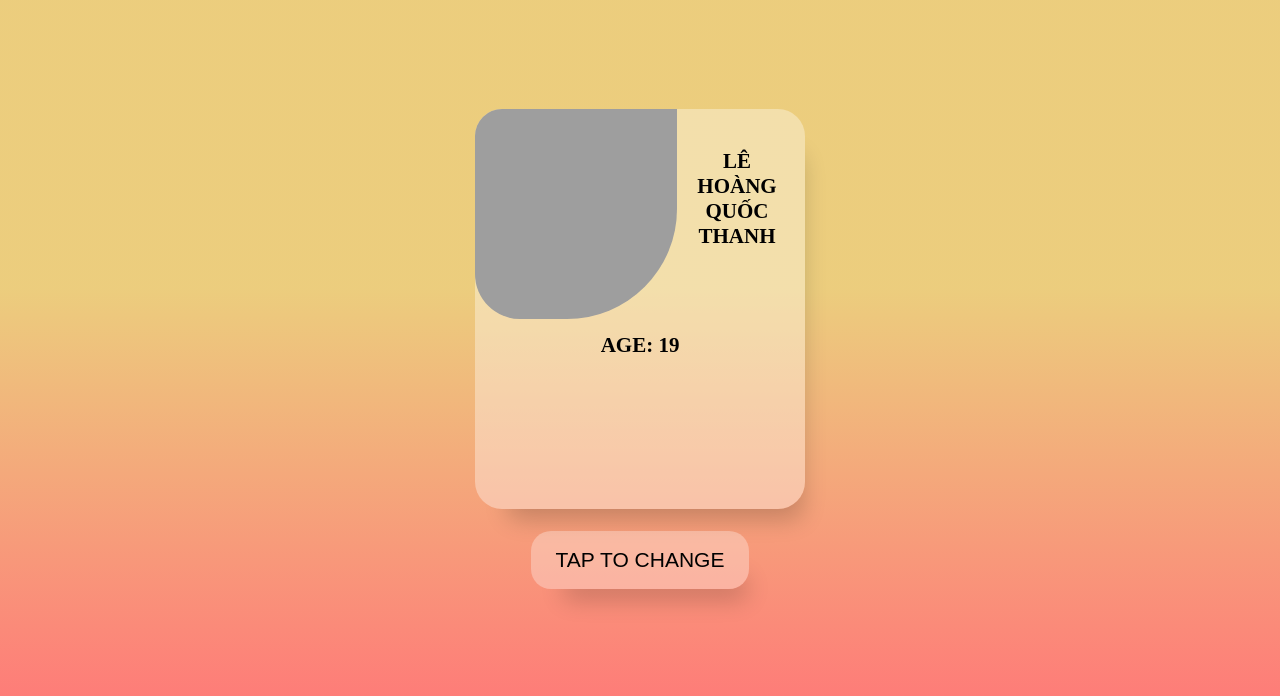
Repository: ThanhThn/profile
Page: index.html
An editor plug-in stored every save of this project. The page is shown before and after the next save, followed by the edit.
The browser window is 1280 px wide. The pictures show the whole page.
Pictures or frames that could not be fetched are drawn as grey boxes. Some web fonts or font styles are not loaded; a fallback is used.

Above is the page before, as saved 2022-12-05 20:03:17.

### index.html
<!DOCTYPE html>
<html lang="en">
<head>
    <meta charset="UTF-8">
    <meta http-equiv="X-UA-Compatible" content="IE=edge">
    <meta name="viewport" content="width=device-width, initial-scale=1.0">
    <title>Document</title>
    <link rel="stylesheet" href="style.css">
</head>
<body>
    <div class="container">
        <div class="content">
            <img src="avata.jpg" alt="avatar">
            <span class="name">LÊ hoàng quốc thanh</span>
            <span class="age" ></span>
        </div>
        <button class="btn">tap to change</button>
    </div>

    <script>
        var ages = new Date().getFullYear() - 2003;
        var text = document.getElementsByClassName("age");
        for(let i = 0; i < text.length; i++){
            text[i].innerHTML = `age: ${ages}`;
        }
    </script>
</body>
</html>

### style.css
@import url('https://fonts.googleapis.com/css2?family=Kodchasan:wght@700&family=Lemonada:wght@300;600;700&family=Pacifico&display=swap');
*{
    padding: 0;
    margin: 0;
    box-sizing: border-box;
}

body{
    background:  linear-gradient( to bottom, rgba(223, 172,39,60%) 40%, rgba(255,22,22,58%) 100% );
    width: 100%;
    height: 100vh;
}
.container{
    position: absolute;
    top: 50%;
    left: 50%;
    transform: translate(-50%, -50%);
    display: flex;
    flex-direction: column;
    align-items: center;
}

.content{
    width: 330px;
    height: 400px;
    background: rgba(255, 255, 255, 35%);
    border-radius: 27px;
    box-shadow: rgba(0, 0, 0, .2) 15px 28px 25px -18px;
}

.content img{
    width: 202px;
    height: 210px;
    border-radius: 27px 0 110px 45px;
    object-fit: cover;
    object-position: -32px 0;
}
span{
    width: 104px;
    font-size: 21px;
    text-transform: uppercase;
    font-weight: 700;
    font-family: 'Lemonada', cursive;
}
.content .name{
    position: absolute;
    text-align: center;
    top: 40px;
    left: 210px;
}

.content .age{
    display: block;
    position: relative;
    width: 100%;
    top: 10px;
    text-align: center;
}

.btn{
    background: rgba(255, 255, 255, .3);
    width: 218px;
    height: 58px;
    border-radius: 20px;
    border: none;
    margin: 22px;
    font-family: 'Kodchasan', sans-serif;
    font-size: 21px;
    text-transform: uppercase;
    box-shadow: rgba(0, 0, 0, .2) 15px 28px 25px -18px;
    background-position: 0 90%;
    background-repeat: repeat no-repeat;

}

.btn:hover {
    box-shadow: rgba(0, 0, 0, .3) 2px 8px 8px -5px;
    transform: translate3d(0, 2px, 0);
}


.btn:focus {
  box-shadow: rgba(0, 0, 0, .3) 2px 8px 4px -6px;
}

After the next save:
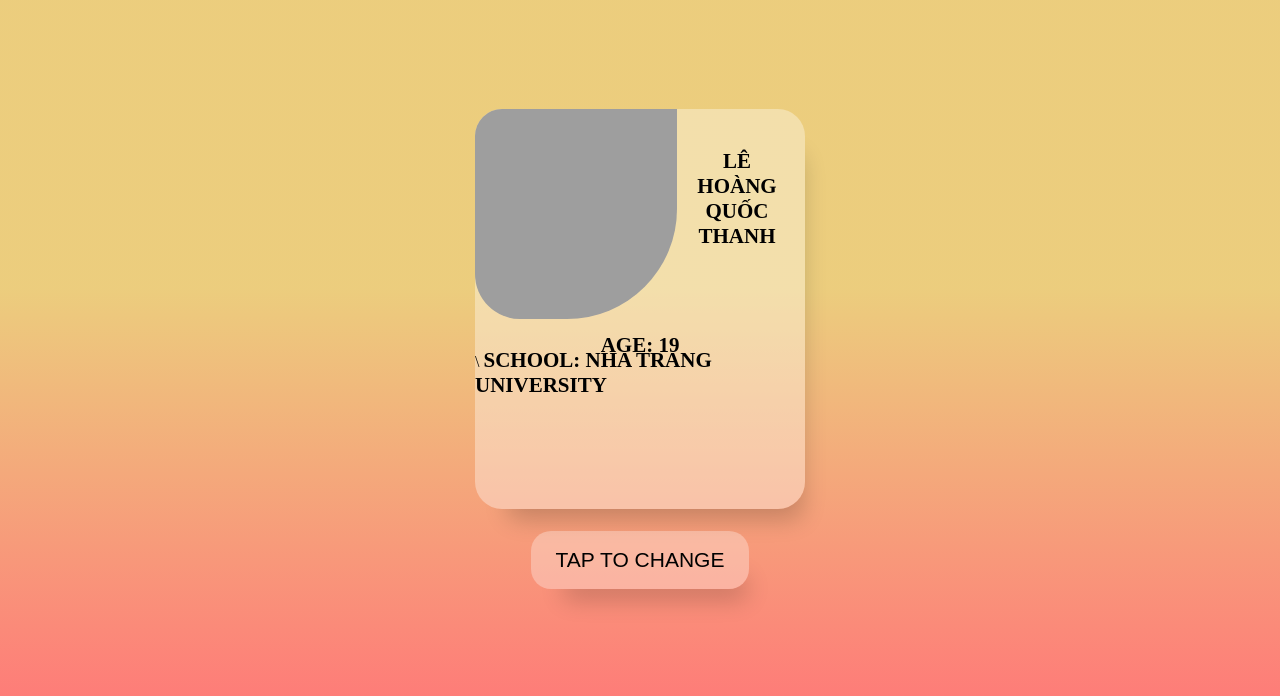
Saved 62 s later.
--- a/index.html
+++ b/index.html
@@ -12,7 +12,8 @@
         <div class="content">
             <img src="avata.jpg" alt="avatar">
             <span class="name">LÊ hoàng quốc thanh</span>
-            <span class="age" ></span>
+            <span class="age" ></span>\
+            <span id="school">school: nha trang university</span>
         </div>
         <button class="btn">tap to change</button>
     </div>
